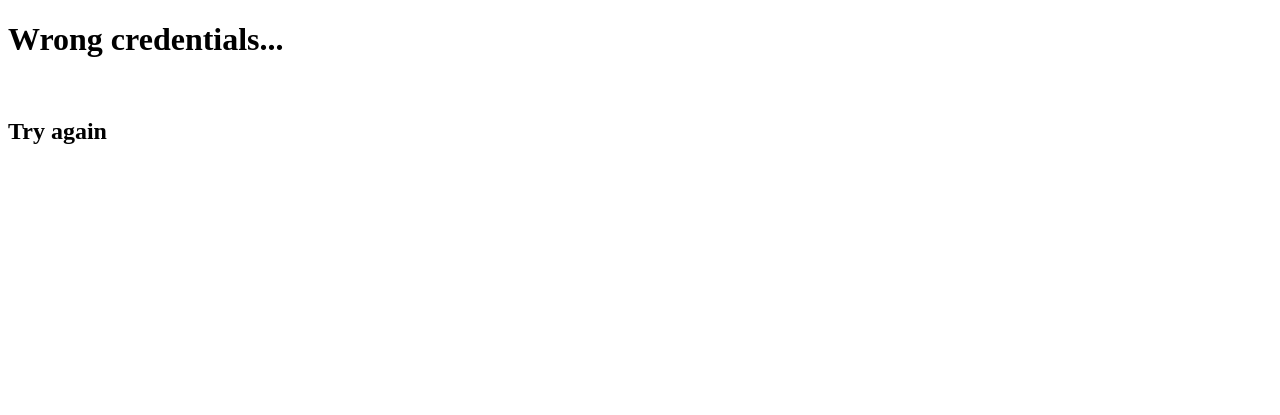
Repository: adityaram1987/git-repos
Page: http://localhost/AssignmentWebPage/validating
The author's editor kept a copy of each file at every save. The page is drawn from the files as they stood at one save, then again after the next save.
The browser window is 1280 px wide. The pictures show the whole page.
The page is served by Tomcat 9. Other server files are loaded and not shown. Queries for data that is not in the repository find no rows.

Above is the page before, as saved 2019-07-10 11:56:02.

### eclipse-workspace/AssignmentWebPage/WebContent/relogin.jsp
<%@ page language="java" contentType="text/html; charset=ISO-8859-1"
    pageEncoding="ISO-8859-1"%>
<!DOCTYPE html PUBLIC "-//W3C//DTD HTML 4.01 Transitional//EN" "http://www.w3.org/TR/html4/loose.dtd">
<html>
<head>
<meta http-equiv="Content-Type" content="text/html; charset=ISO-8859-1">
<title>Insert title here</title>
</head>
<body>
<h1> Wrong credentials...</h1><br>
<h2>Try again</h2>
</body>
</html>

### eclipse-workspace/AssignmentWebPage/src/com/VerifyServlet.java
package com;

import java.io.IOException;

import javax.servlet.RequestDispatcher;
import javax.servlet.ServletException;
import javax.servlet.http.HttpServlet;
import javax.servlet.http.HttpServletRequest;
import javax.servlet.http.HttpServletResponse;


public class VerifyServlet extends HttpServlet {
	private static final long serialVersionUID = 1L;


    public VerifyServlet() {
        super();
    }

	protected void doGet(HttpServletRequest request, HttpServletResponse response) throws ServletException, IOException {
		String name= request.getParameter("t1");
		String pwd= request.getParameter("t2");

		//PrintWriter out= response.getWriter();
		VerifyBean vb = new VerifyBean();
		boolean status = vb.verify(name, pwd);
		if(status==true) {
			RequestDispatcher rd = request.getRequestDispatcher("verified.jsp");
			rd.forward(request, response);
		}
		else {
			RequestDispatcher rd = request.getRequestDispatcher("relogin.jsp");
			rd.forward(request, response);
		}
	}

	protected void doPost(HttpServletRequest request, HttpServletResponse response) throws ServletException, IOException {
		doGet(request, response);
	}

}

### eclipse-workspace/AssignmentWebPage/src/com/VerifyBean.java
package com;
import java.sql.Connection;
import java.sql.DriverManager;
import java.sql.ResultSet;
import java.sql.Statement;

public class VerifyBean {
	private String name;
	private String pswrd;
	public boolean verify(String name, String pswrd){
		try
		{
			this.name= name;
			this.pswrd = pswrd;
			Class.forName("com.mysql.jdbc.Driver");
			Connection con = DriverManager.getConnection("jdbc:mysql://localhost:3306/db", "root", "Sapient123");
			Statement stmt = con.createStatement();
			//stmt.executeUpdate("update emp set age= age+1");
			ResultSet rs= stmt.executeQuery("select * from loginDetails");
			while(rs.next()) {
				if(rs.getString(1).equals(name) && rs.getString(2).equals(pswrd)) {

					return true;
				}

			}
			rs.close();
			stmt.close();
			con.close();

			return false;
		}
		catch(Exception e)
		{
			System.out.println(e);
			return false;
		}
	}
}

### eclipse-workspace/AssignmentWebPage/WebContent/login.html
<!DOCTYPE html>
<html>
<head>
<meta charset="ISO-8859-1">
<title>Insert title here</title>
</head>
<body>
<h1>Please login</h1>
<hr>
<form action="validating" method="post">
<h2>
Username: <input type= "text" name="t1"><br>
Password: <input type= "password" name="t2"><br><br>
<input type="submit" name="b1" value="LOGIN">
<input type="reset" name="b2" value="RESET">
</h2>
</form>
</body>
</html>

After the next save:
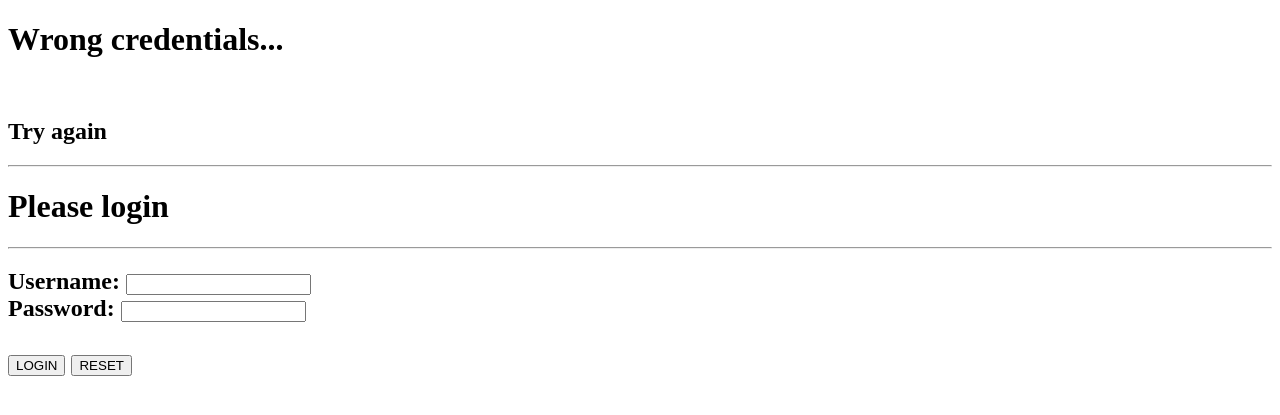
Saved 56 s later.
--- a/eclipse-workspace/AssignmentWebPage/WebContent/relogin.jsp
+++ b/eclipse-workspace/AssignmentWebPage/WebContent/relogin.jsp
@@ -9,5 +9,7 @@
 <body>
 <h1> Wrong credentials...</h1><br>
 <h2>Try again</h2>
+<hr>
+<%@include file="login.html" %>
 </body>
 </html>
